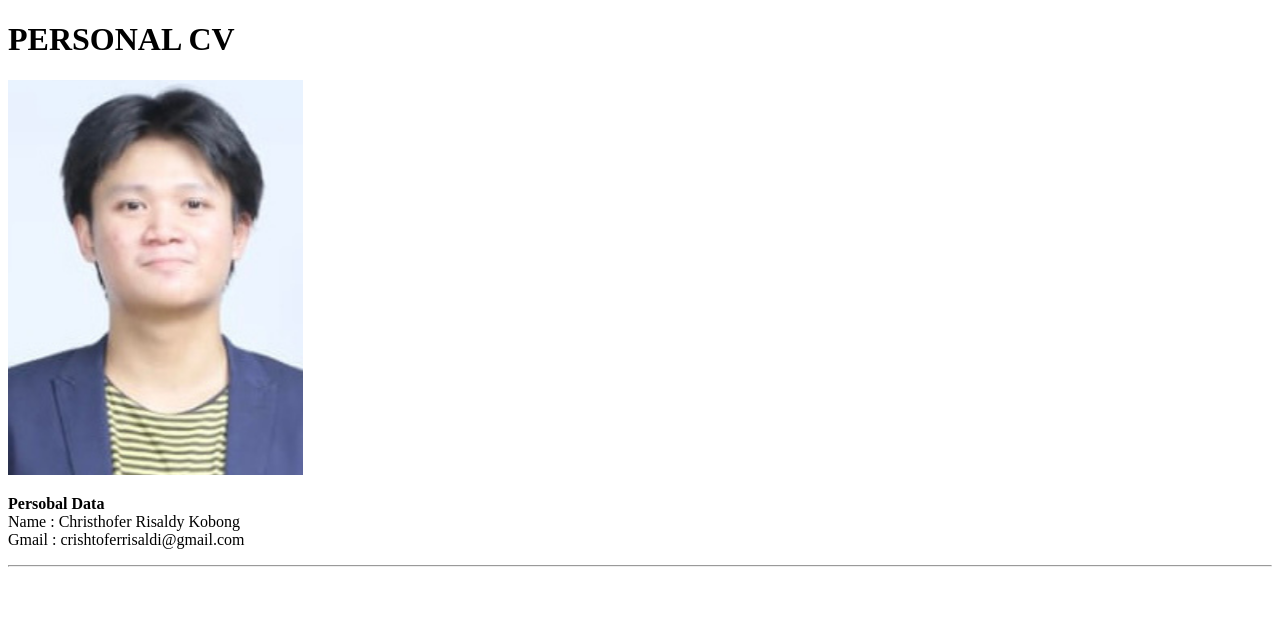
Repository: ChristhoferRisaldy/CVWeb
Page: web.html
An editor plug-in stored every save of this project. The page is shown before and after the next save, followed by the edit.
The browser window is 1280 px wide. The pictures show the whole page.

Above is the page before, as saved 2025-02-21 20:58:43.

### web.html
<!DOCTYPE html>
<html>
    <head>
        <meta name="viewport" content="width=device-width, inital-scale=1">
    </head>
    <body>
        <h1>PERSONAL CV</h1>
        <img src="1.png">
        <p>
            <b>Persobal Data</b><br>
            Name : Christhofer Risaldy Kobong<br>
            Gmail : crishtoferrisaldi@gmail.com<br>
        </p>
        <hr>
</html>

After the next save:
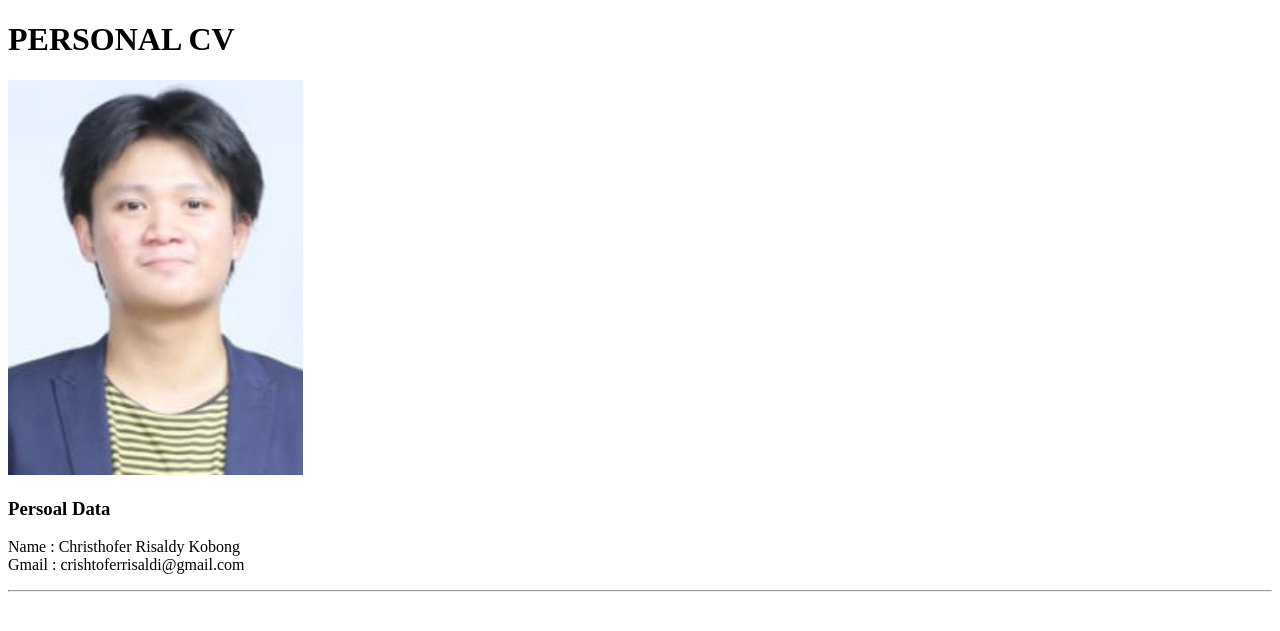
Saved 42 s later.
--- a/web.html
+++ b/web.html
@@ -6,8 +6,8 @@
     <body>
         <h1>PERSONAL CV</h1>
         <img src="1.png">
+        <h3><b>Persoal Data</b><br></h3>
         <p>
-            <b>Persobal Data</b><br>
             Name : Christhofer Risaldy Kobong<br>
             Gmail : crishtoferrisaldi@gmail.com<br>
         </p>
